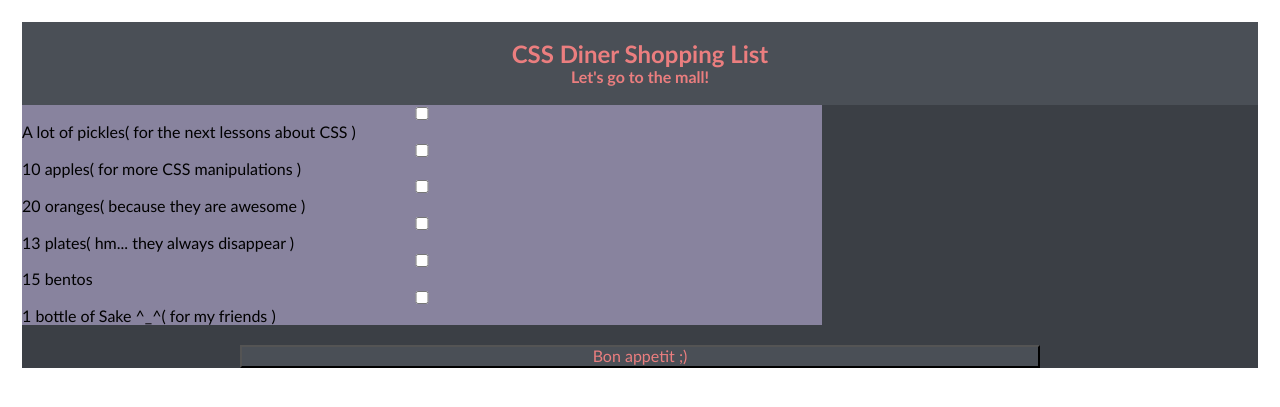
Repository: shpakovskaya/github.io
Page: selector css/shopping list/index.html
The author's editor kept a copy of each file at every save. The page is drawn from the files as they stood at one save, then again after the next save.
The browser window is 1280 px wide. The pictures show the whole page.

Above is the page before, as saved 2021-10-25 22:14:48.

### selector css/shopping list/index.html
<!DOCTYPE html>
<html lang="en">
  <head>
    <meta charset="UTF-8" />
    <meta http-equiv="X-UA-Compatible" content="IE=edge" />
    <meta name="viewport" content="width=device-width, initial-scale=1.0" />
    <title>Shopping list</title>
    <link rel="shortcut icon" href="./favicon.ico" type="image/x-icon" />
    <link
      rel="stylesheet"
      href="https://cdnjs.cloudflare.com/ajax/libs/normalize/8.0.1/normalize.min.css"
      integrity="sha512-NhSC1YmyruXifcj/KFRWoC561YpHpc5Jtzgvbuzx5VozKpWvQ+4nXhPdFgmx8xqexRcpAglTj9sIBWINXa8x5w=="
      crossorigin="anonymous"
      referrerpolicy="no-referrer"
    />
    <link rel="stylesheet" href="./style.css" />
  </head>
  <body>
    <div class="container">
      <header class="header">
        <header class="header__wrapper">
          <br />
          <h2>CSS Diner Shopping List</h2>
          <h4>Let's go to the mall!</h4>
          <br />
        </header>
      </header>
      <div class="list">
        <form class="list__wrapper">
          <div>
            <input type="checkbox" id="pickles" name="pickles" />
            <label for="pickles">
              <span class="e-pickles">A lot of pickles</span></label
            >
          </div>
          <div>
            <input type="checkbox" id="apples" name="apples" />
            <label for="apples">
              <span class="e-apples">10 apples</span>
            </label>
          </div>
          <div>
            <input type="checkbox" id="oranges" name="oranges" />
            <label for="oranges"
              ><span class="e-oranges">20 oranges</span>
            </label>
          </div>
          <div>
            <input type="checkbox" id="plates" name="plates" />
            <label for="plates"><span class="e-plates">13 plates</span></label>
          </div>
          <div>
            <input type="checkbox" id="bentos" name="bentos" />
            <label for="bentos"><span class="e-bentos">15 bentos</span></label>
          </div>
          <div>
            <input type="checkbox" id="bottle" name="bottle" />
            <label for="bottle"
              ><span class="e-bottle">1 bottle of Sake ^_^</span></label
            >
          </div>
        </form>
      </div>
      <div class="submit">
        <input type="submit" class="bon__wrapper" value="Bon appetit ;)" />
      </div>
    </div>
  </body>
</html>

### selector css/shopping list/style.css
* {
  margin: 0;
  padding: 0;
  box-sizing: border-box;
  width: 100%;
  transition: all 0.1s ease-in;
}

.container {
  width: 100%;
  max-width: 1920px;
  height: 100%;
  box-sizing: border-box;
  background: #3b3f45;
  border: #ffff solid 22px;
  font-family: "Trebuchet MS", Arial, sans-serif;
}
.header__wrapper {
  width: 100%;
  height: 20%;
  color: #eb7e7f;
  background: #4a4f56;
  text-align: center;
}
.list__wrapper {
  box-sizing: border-box;
  width: 800px;
  background-color: #88839e;
  /* position: relative; */
  left: 18%;
  /* display: block;
  justify-items: left; */
}

.list__wrapper label {
  white-space: nowrap;
}

.e-pickles::after {
  content: "( for the next lessons about CSS )";
  font-size: 16px;
}

.e-apples::after {
  content: "( for more CSS manipulations )";
  font-size: 16px;
}

.e-oranges::after {
  content: "( because they are awesome )";
  font-size: 16px;
}

.e-plates::after {
  content: "( hm... they always disappear )";
  font-size: 16px;
}

.e-bottle::after {
  content: "( for my friends )";
  font-size: 16px;
}

.e-pickles::before {
  content: normal;
}

.submit {
  display: flex;
  justify-content: center;
}
.bon__wrapper {
  width: 800px;
  box-sizing: border-box;
  background: #4a4f56;
  color: #eb7e7f;
  margin-top: 20px;
}

After the next save:
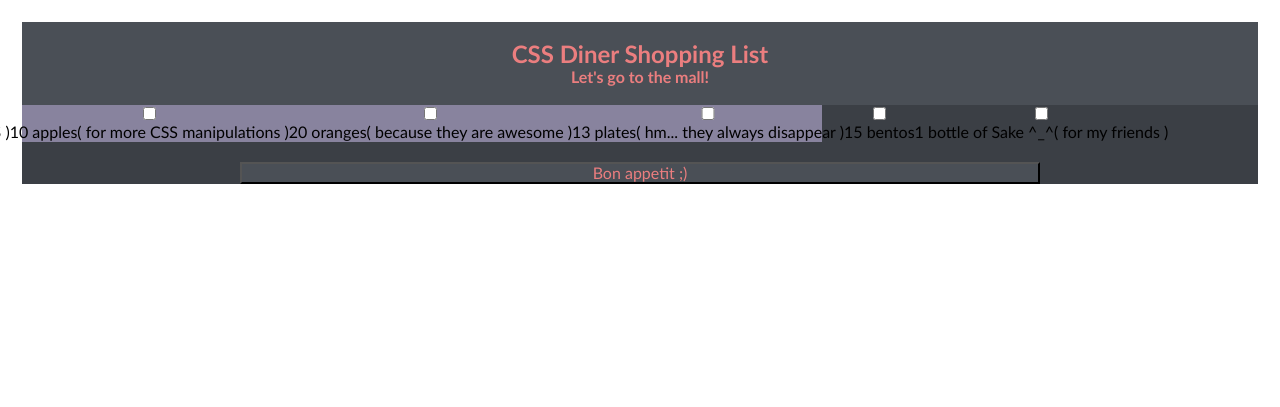
Saved 29 s later.
--- a/selector css/shopping list/style.css
+++ b/selector css/shopping list/style.css
@@ -26,8 +26,10 @@
   box-sizing: border-box;
   width: 800px;
   background-color: #88839e;
+  display: flex;
+  justify-content: center;
   /* position: relative; */
-  left: 18%;
+  /* left: 18%; */
   /* display: block;
   justify-items: left; */
 }
